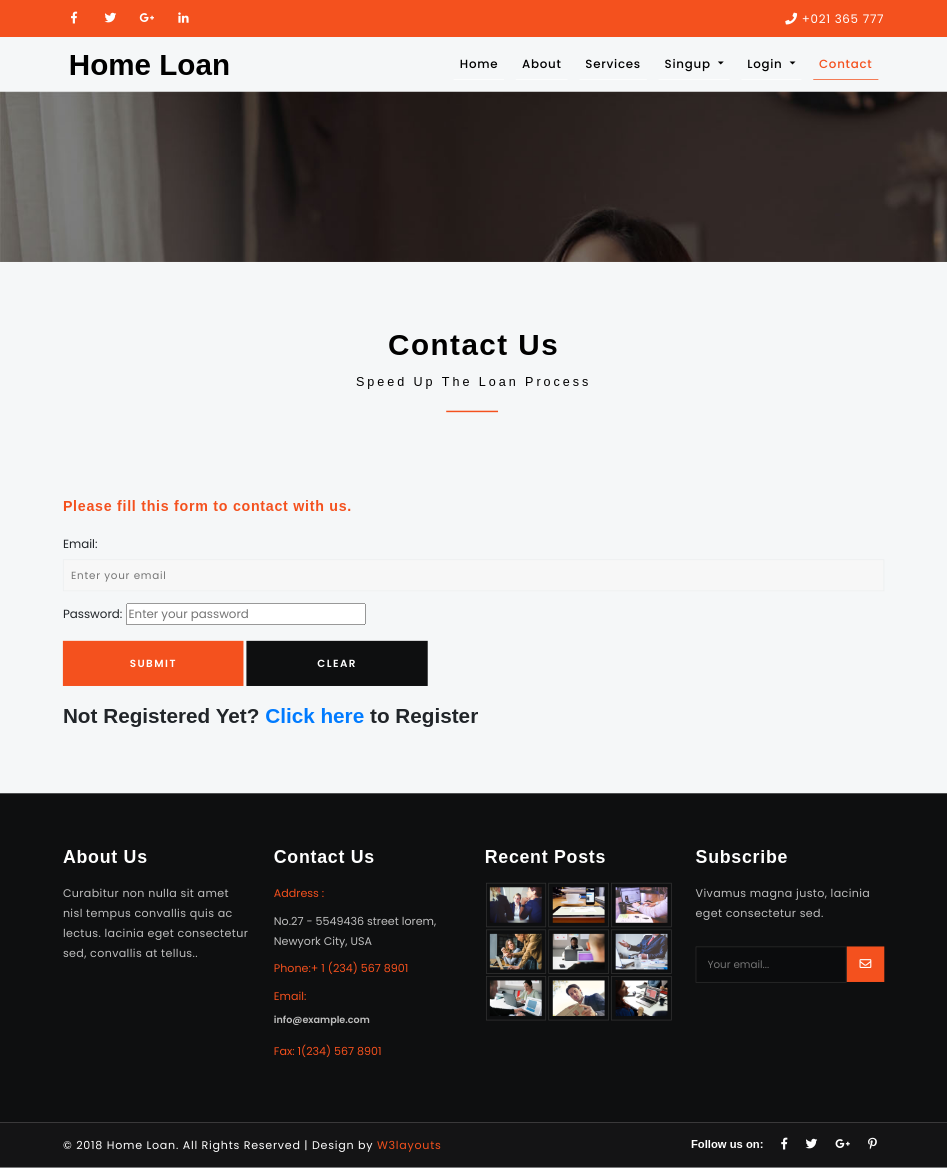
Repository: 72-faisal/Spring-MVC-project
Page: http://localhost/HomeLoan/WEB-INF/views/UserProfile.jsp
An editor plug-in stored every save of this project. The page is shown before and after the next save, followed by the edit.
The browser window is 1280 px wide. The pictures show the whole page, at 74% of full size.
Some web fonts or font styles are not loaded; a fallback is used. The page is served by Tomcat 9. Nobody is signed in. The template is opened directly, without the code that normally fills it, so the values that code supplies are empty.

Above is the page before, as saved 2023-12-27 10:39:24.

After the next save:
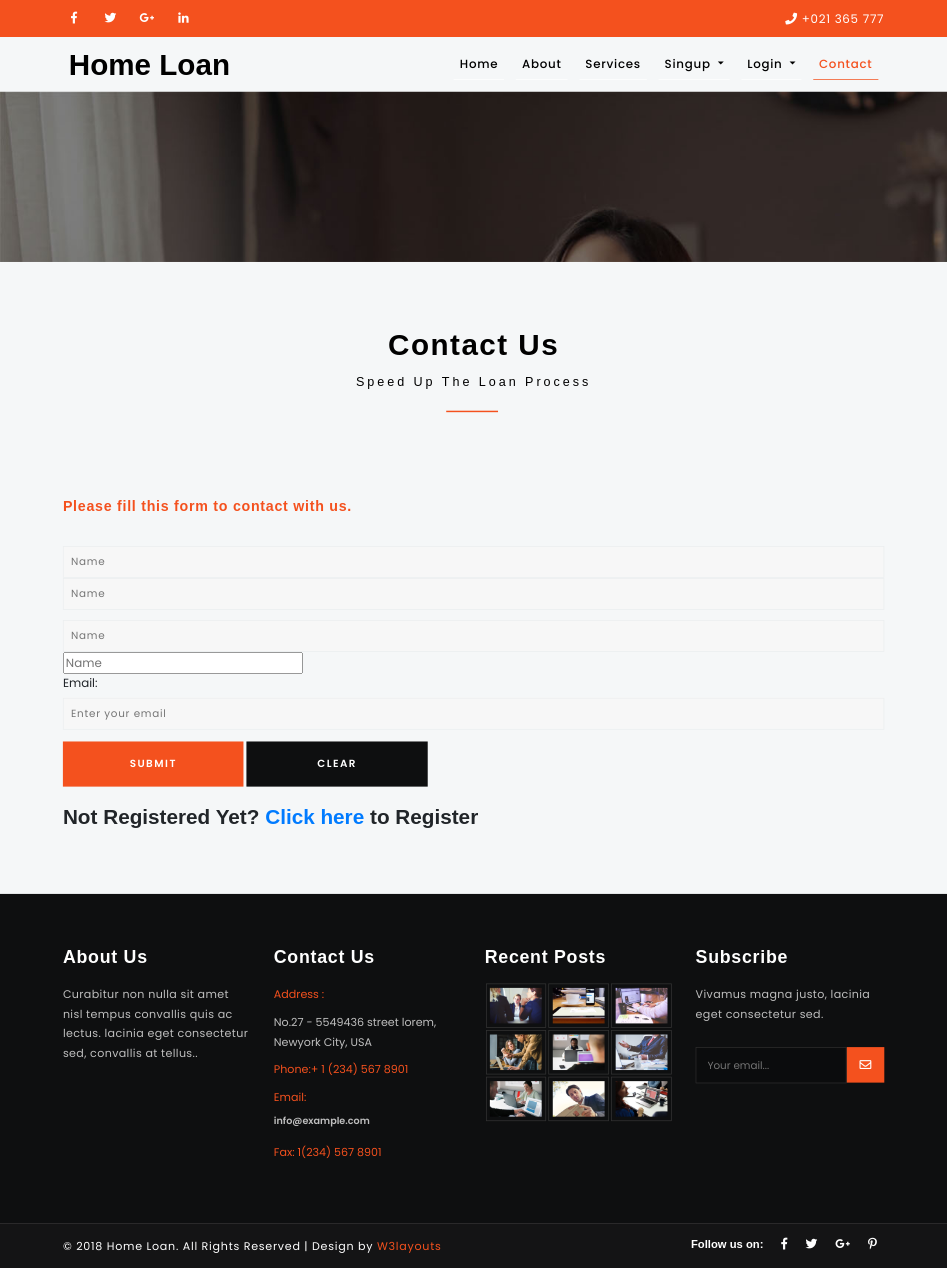
Saved 93 s later.
--- a/HomeLoan/src/main/webapp/WEB-INF/views/UserProfile.jsp
+++ b/HomeLoan/src/main/webapp/WEB-INF/views/UserProfile.jsp
@@ -133,20 +133,20 @@ SmartPhone Compatible web template, free WebDesigns for Nokia, Samsung, LG, Sony
 					<h6>Please fill this form to contact with us.</h6>
 					<form action="LoginUser" method="post">
 						<div class="contact_left_grid">
-							<!-- <input type="text" name="name" placeholder="Name" required="">
-							<input type="text" name="address" placeholder="Name" required="">
-							<input type="text" name="gender" placeholder="Name" required="">
-							<input type="number" name="contact" placeholder="Name" required=""> -->
+							<input type="text" name="name" placeholder="Name" value="">
+							<input type="text" name="address" placeholder="Name" value="">
+							<input type="text" name="gender" placeholder="Name" value="">
+							<input type="number" name="contact" placeholder="Name" value="">
 							<div class="form-group">
 								<label for="email">Email:</label> <input type="email" id="email"
-									name="email" placeholder="Enter your email" required="">
+									name="email" placeholder="Enter your email" value="">
 							</div>
 
-							<div class="form-group">
+							<!-- <div class="form-group">
 								<label for="password">Password:</label> <input type="password"
 									id="password" name="password" placeholder="Enter your password"
 									required="">
-							</div>
+							</div> -->
 
 							<input type="submit" value="Submit"> <input type="reset"
 								value="Clear">
